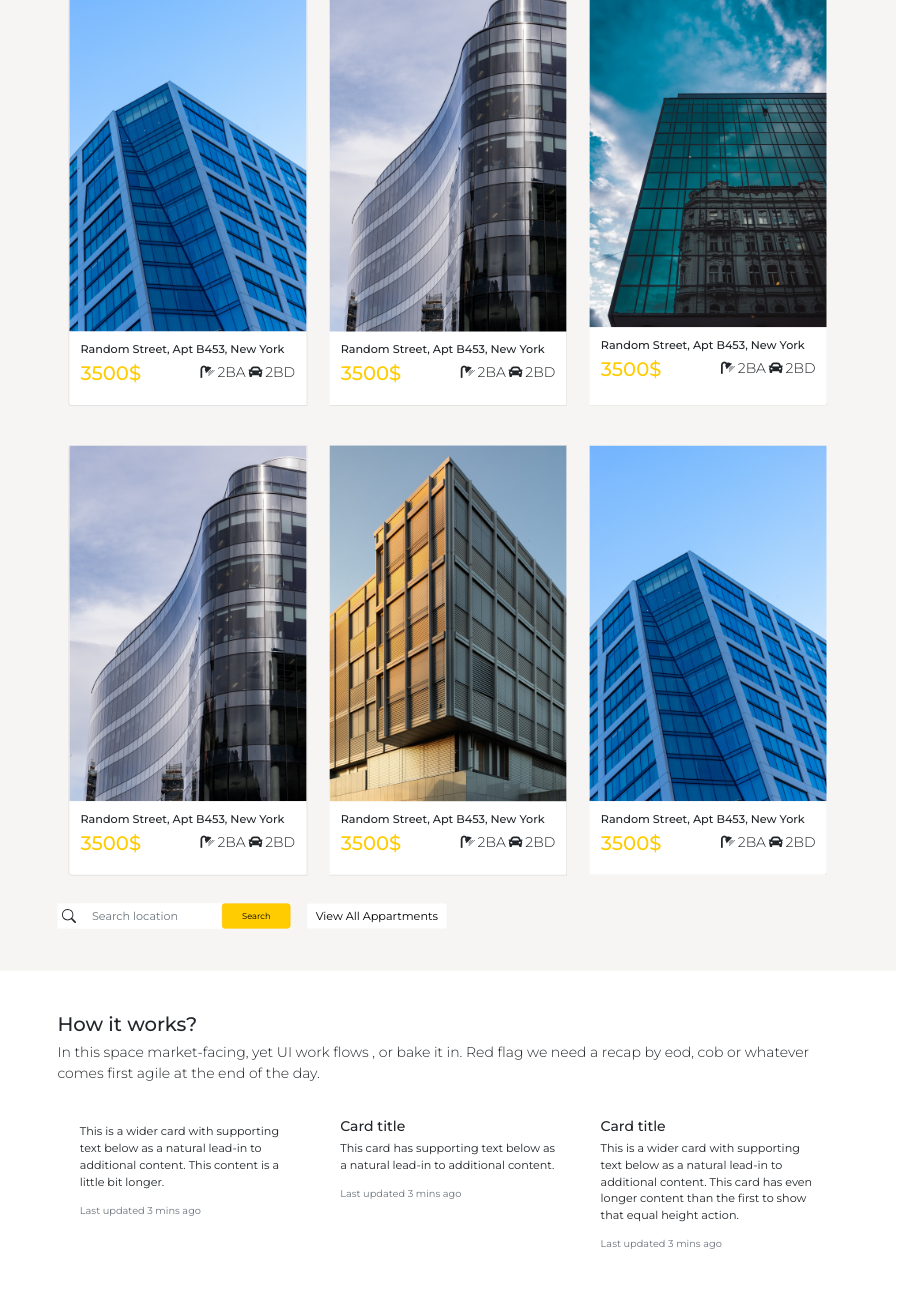
Repository: Toqa-25/luxstate
Page: index.html
An editor plug-in stored every save of this project. The page is shown before and after the next save, followed by the edit.
The browser window is 1280 px wide. The page is 1292 px wide, so the pictures cover 1292 px, including what lies to the right of the window. The pictures show the part of the page from y = 1232 to 3112 px (the page is 3112 px tall), at 70% of full size.

Above is the page before, as saved 2021-06-09 06:20:23.

After the next save:
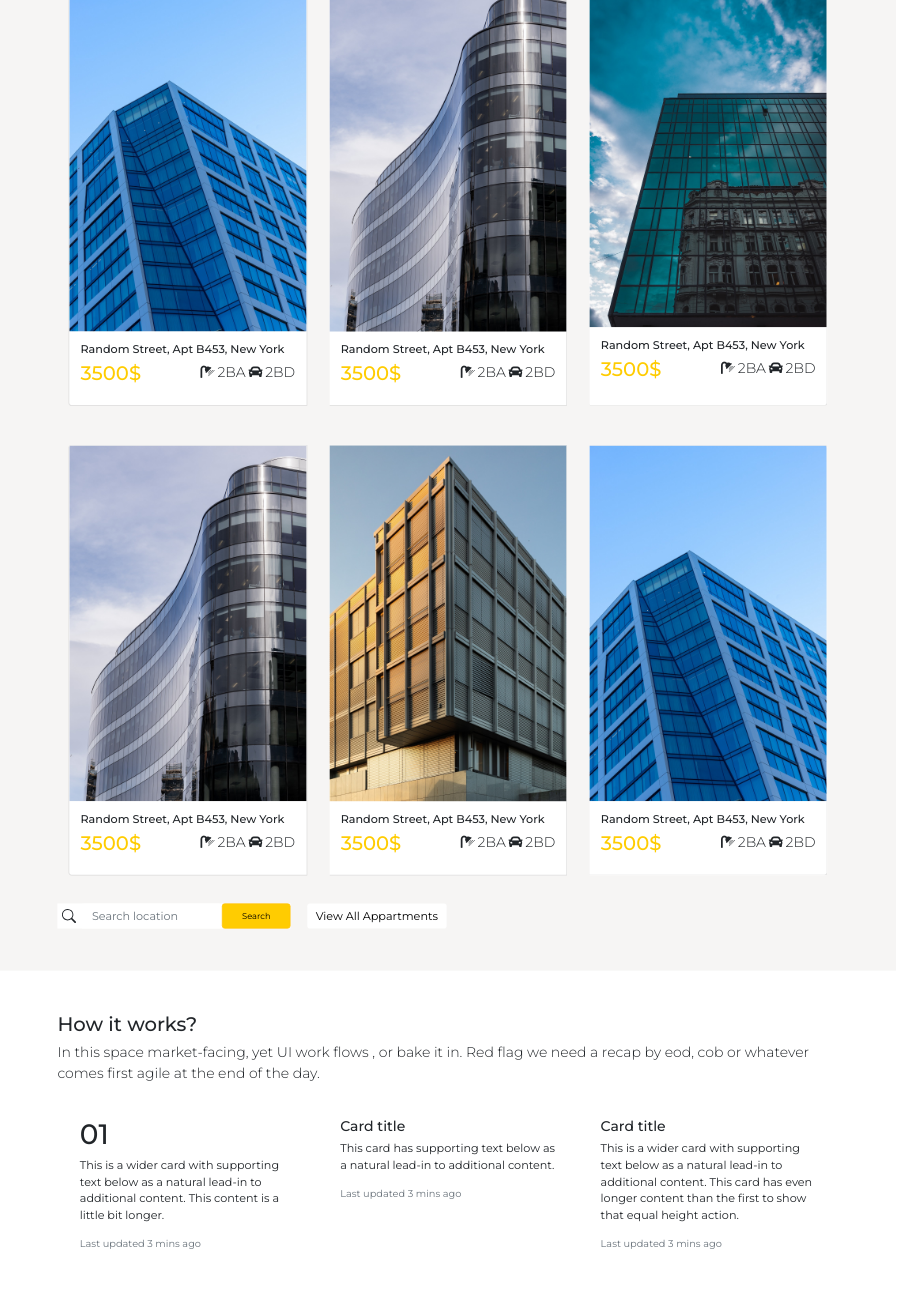
Saved 4 s later.
--- a/index.html
+++ b/index.html
@@ -247,7 +247,7 @@
           <div class="card-group">
             <div class="card m-3">
               <div class="card-body">
-                <h1 class="card-title"></h1>
+                <h1 class="card-title">01</h1>
                 <p class="card-text">This is a wider card with supporting text below as a natural lead-in to additional content. This content is a little bit longer.</p>
                 <p class="card-text"><small class="text-muted">Last updated 3 mins ago</small></p>
               </div>
